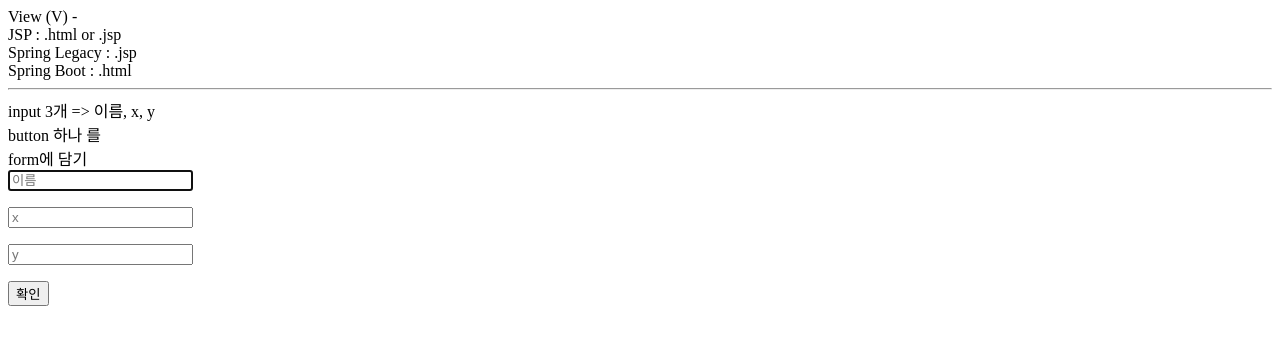
Repository: womss/sexyguy
Page: http://localhost/Feb11_2_SpringMVC/
These files come from the project's save history. The page is drawn as it stood at one moment and after the next save; the edit follows.
The browser window is 1280 px wide. The pictures show the whole page.
The page is served by Tomcat 9.

Above is the page before, as saved 2025-02-11 01:38:29.

After the next save:
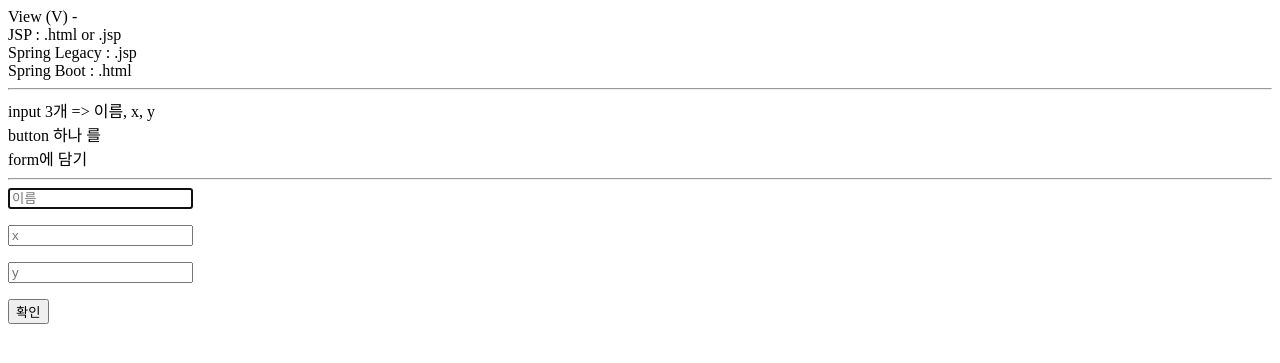
Saved 76 s later.
--- a/Spring/Feb11_2_SpringMVC/src/main/webapp/WEB-INF/views/index.jsp
+++ b/Spring/Feb11_2_SpringMVC/src/main/webapp/WEB-INF/views/index.jsp
@@ -15,12 +15,13 @@
 	input 3개 => 이름, x, y <br>
 	button 하나 를 <br>
 	form에 담기
-<form action="">
-	<input name="n" autofocus autocomplete="off" placeholder="이름"> <p>
-	<input name="x" autocomplete="off" placeholder="x"> <p>
-	<input name="y" autocomplete="off" placeholder="y"> <p>
-	<button type="submit">확인</button>
-</form>
+	<hr>
+	<form action="">
+		<input name="n" autofocus autocomplete="off" placeholder="이름"> <p>
+		<input name="x" autocomplete="off" placeholder="x"> <p>
+		<input name="y" autocomplete="off" placeholder="y"> <p>
+		<button type="submit">확인</button>
+	</form>
 
 </body>
 </html>
